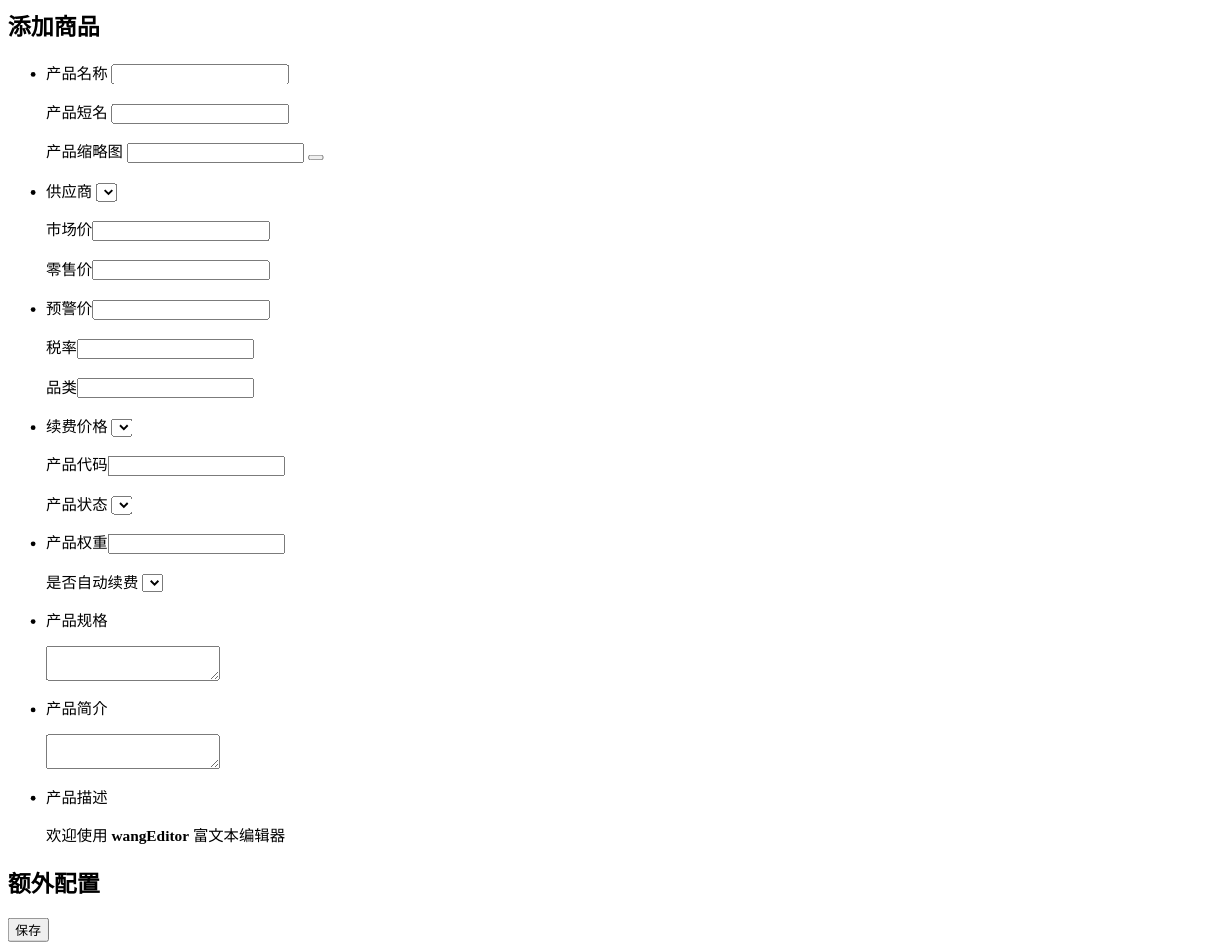
Repository: wangyan466393/racentSystem
Page: addProduct.html
An editor plug-in stored every save of this project. The page is shown before and after the next save, followed by the edit.
The browser window is 1280 px wide. The pictures show the whole page, at 96% of full size.

Above is the page before, as saved 2020-08-19 21:35:46.

### addProduct.html
<div id="content_box">
    <h2>添加商品</h2>
    <div class="config_box">
        <div class="price_content">
            <ul>
                <li>
                    <p>
                        <span>产品名称</span>
                        <input type="text" >
                    </p>
                    <p>
                        <span>产品短名</span>
                        <input type="text" >
                    </p>
                    <p class="thumb_box">
                        <span>产品缩略图</span>
                        <label class="input_group">
                            <input type="text" class="form-control">
                            <span class="input-group-btn">
                                <button type="button" class="btn"></button>
                            </span>
                        </label>
                    </p>
                </li>
                <li>
                    <p>
                        <span>供应商</span>
                        <select name="" id="" class="sel">
                            <option value=""></option>
                        </select>
                    </p>
                    <p>
                        <span>市场价</span><input type="number" >
                    </p>
                    <p>
                        <span>零售价</span><input type="number" >
                    </p>
                </li>
                <li>
                    <p>
                        <span>预警价</span><input type="number" >
                    </p>
                    <p>
                        <span>税率</span><input type="number" >
                    </p>
                    <p>
                        <span>品类</span><input type="text" >
                    </p>
                </li>
                <li>
                    <p>
                        <span>续费价格</span>
                        <select name="" id="" class="sel">
                            <option value=""></option>
                        </select>
                    </p>
                    <p>
                        <span>产品代码</span><input type="text" >
                    </p>
                    <p>
                        <span>产品状态</span>
                        <select name="" id="" class="sel">
                            <option value=""></option>
                        </select>
                    </p>
                </li>
                <li>

                    <p>
                        <span>产品权重</span><input type="text">
                    </p>
                    <p>
                        <span>是否自动续费</span>
                        <select name="" id="" class="sel">
                            <option value=""></option>
                        </select>
                    </p>
                </li>
                <li>
                    <p> <span>产品规格</span></p>
                    <textarea class="e_content description"></textarea>
                </li>
                <li>
                    <p> <span>产品简介</span></p>
                    <textarea class="e_content description"></textarea>

                </li>
                <li>
                    <p> <span>产品描述</span></p>
                    <div id="editor" style="width: 100%;">
                        <p>欢迎使用 <b>wangEditor</b> 富文本编辑器</p>
                    </div>

                </li>
            </ul>
        </div>
    </div>

    <h2>额外配置</h2>

</div>
<div class="email_back_btn">
    <button type="button">保存</button>
</div>

After the next save:
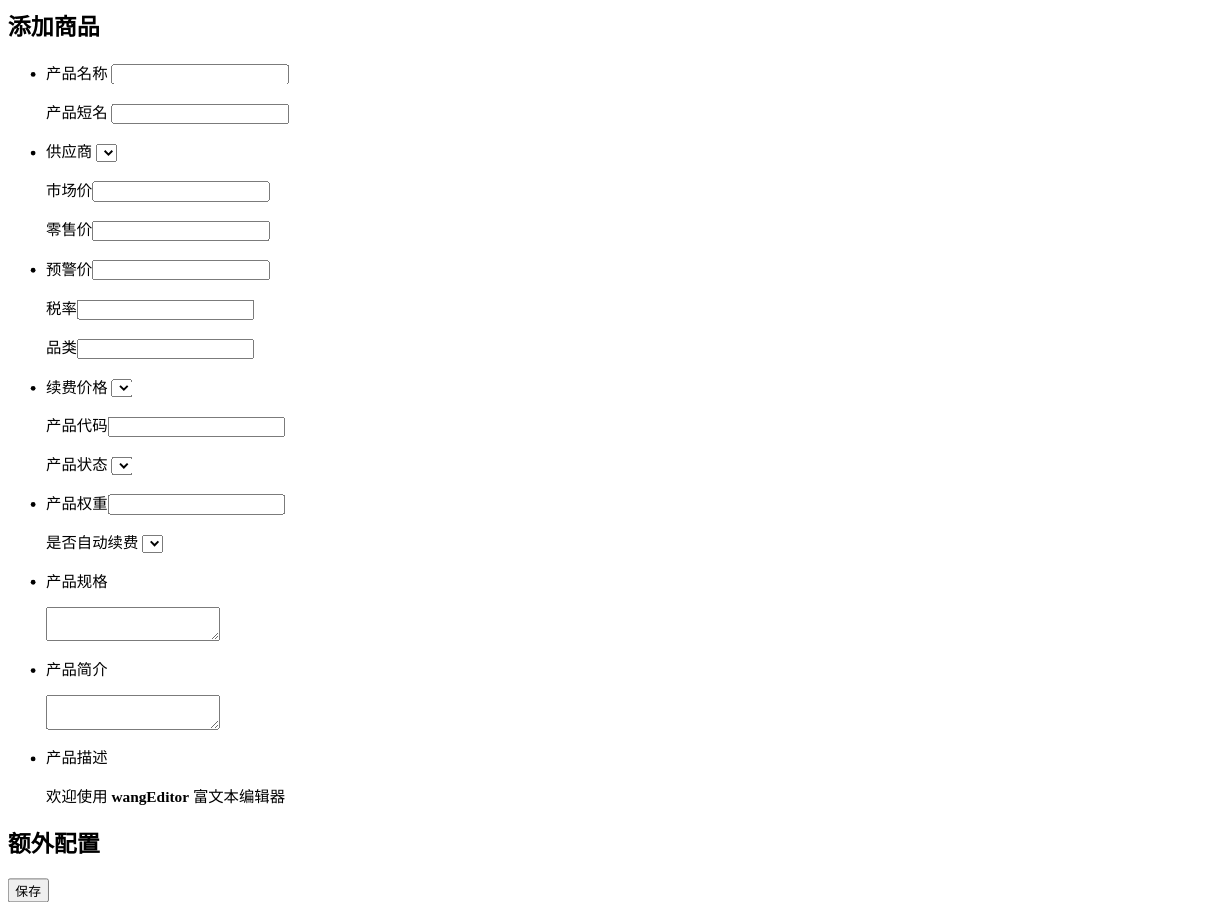
Saved 34 s later.
--- a/addProduct.html
+++ b/addProduct.html
@@ -12,15 +12,7 @@
                         <span>产品短名</span>
                         <input type="text" >
                     </p>
-                    <p class="thumb_box">
-                        <span>产品缩略图</span>
-                        <label class="input_group">
-                            <input type="text" class="form-control">
-                            <span class="input-group-btn">
-                                <button type="button" class="btn"></button>
-                            </span>
-                        </label>
-                    </p>
+
                 </li>
                 <li>
                     <p>
